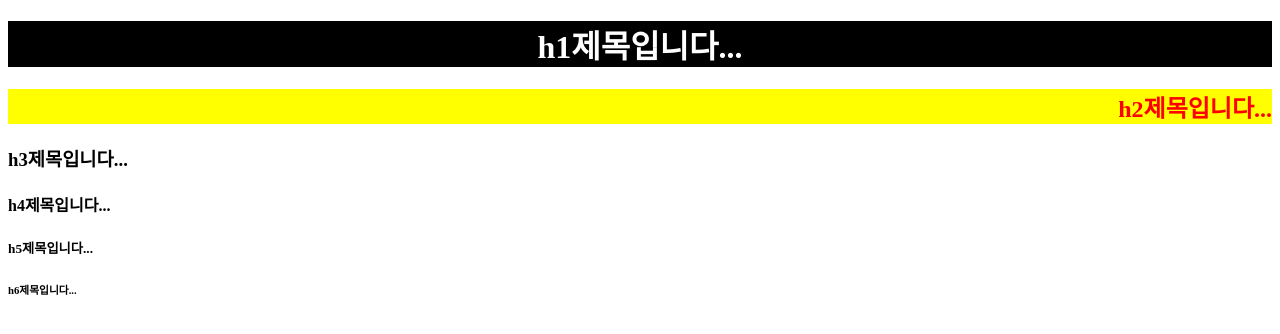
Repository: blinggg/html_git
Page: 0406/ex0406/WebContent/ex01.html
These files come from the project's save history. The page is drawn as it stood at one moment and after the next save; the edit follows.
The browser window is 1280 px wide. The pictures show the whole page.

Above is the page before, as saved 2020-04-06 00:39:30.

After the next save:
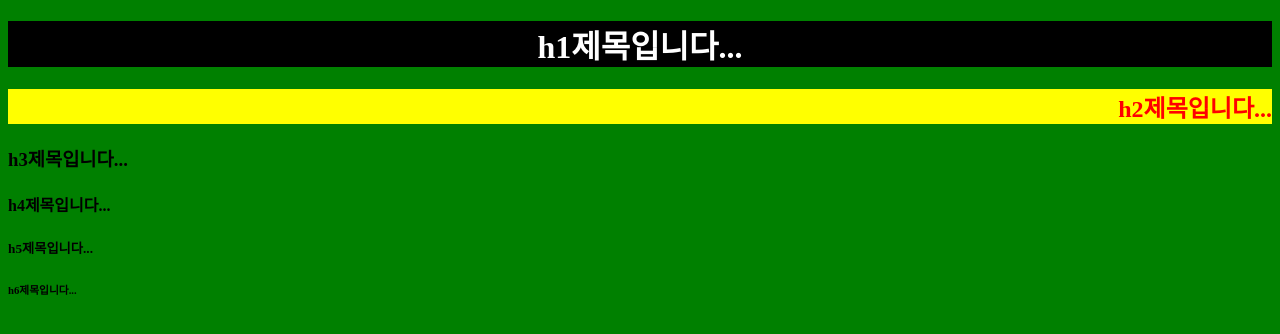
Saved 118 s later.
--- a/0406/ex0406/WebContent/ex01.html
+++ b/0406/ex0406/WebContent/ex01.html
@@ -9,6 +9,8 @@
 
 	h2{color:red;
 	background:yellow;text-align:right;}
+
+	body{background:green;}
 
 	</style>
 </head>
